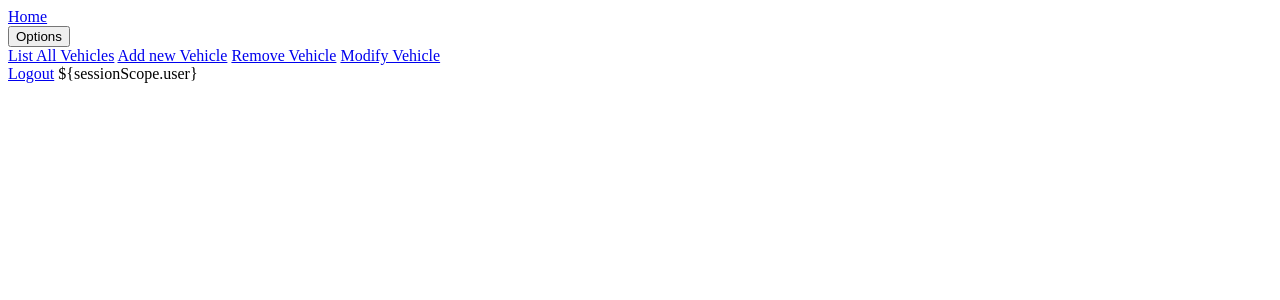
Repository: kensevv/nevexisDemos
Page: Car_Rental_Management_System/src/main/webapp/htmlTemplates/navigationBar.html
An editor plug-in stored every save of this project. The page is shown before and after the next save, followed by the edit.
The browser window is 1280 px wide. The pictures show the whole page.

Above is the page before, as saved 2021-03-26 09:44:54.

After the next save:
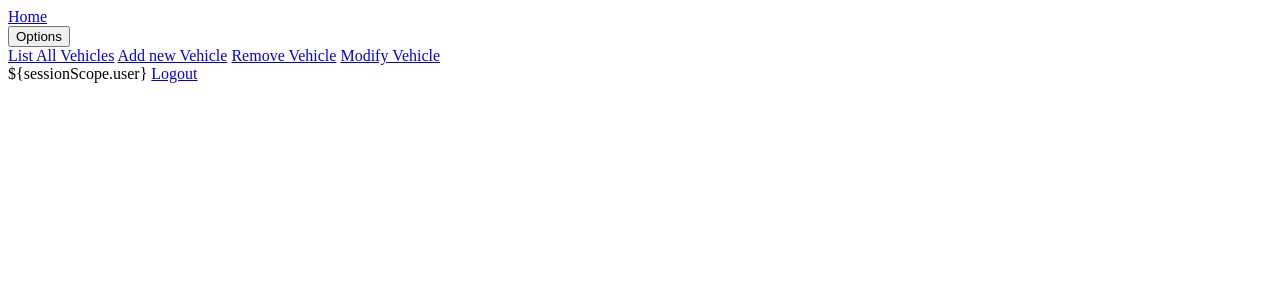
Saved 30 s later.
--- a/Car_Rental_Management_System/src/main/webapp/htmlTemplates/navigationBar.html
+++ b/Car_Rental_Management_System/src/main/webapp/htmlTemplates/navigationBar.html
@@ -11,6 +11,7 @@
 				<a href="edit">Modify Vehicle</a>
 			</div>
 		</div>
+
+		<a id = "userInformation" >${sessionScope.user}</a>
 		<a href="login.jsp">Logout</a>
-		<a id = "userInformation" >${sessionScope.user}</a>
 	</div>

After the 2 saves that followed:
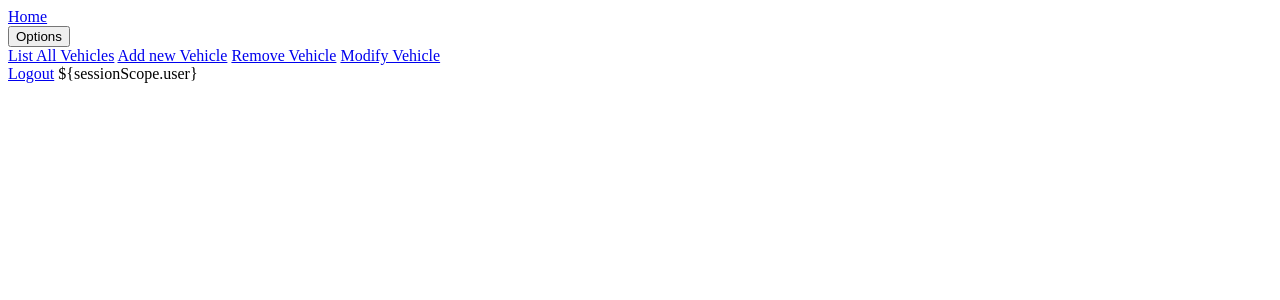
The 2 saves are shown as one change because 1 left the picture as it was.
The last was saved 25 s later.
--- a/Car_Rental_Management_System/src/main/webapp/htmlTemplates/navigationBar.html
+++ b/Car_Rental_Management_System/src/main/webapp/htmlTemplates/navigationBar.html
@@ -12,6 +12,6 @@
 			</div>
 		</div>
 
+		<a id = "userInformation" href="login.jsp">Logout</a>
 		<a id = "userInformation" >${sessionScope.user}</a>
-		<a href="login.jsp">Logout</a>
 	</div>
